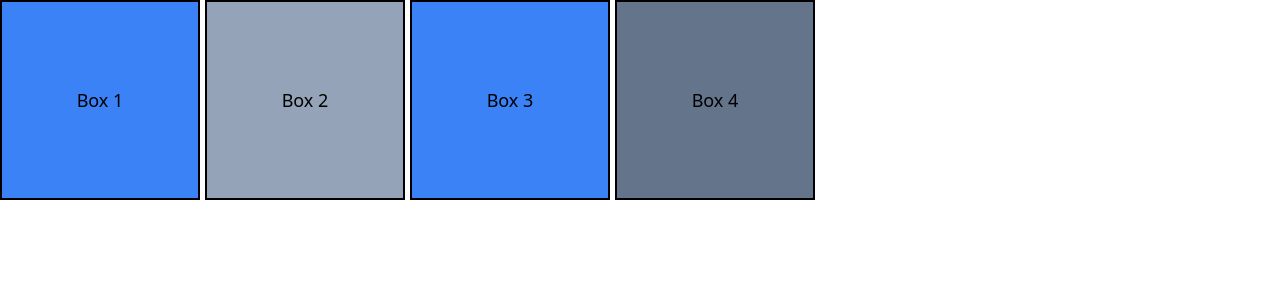
Repository: asadullah48/9th_class_nextjs
Page: /
These files come from the project's save history. The page is drawn as it stood at one moment and after the next save; the edit follows.
The browser window is 1280 px wide. The pictures show the whole page.
The project was rebuilt for these pictures with package versions that can differ from the ones it lists, and the page was loaded fresh each time. The framework's server and built-in components were replaced by stand-ins that run in the browser. Also part of the build but not shown: next.config.ts.

Above is the page before, as saved 2024-11-21 09:59:28.

After the next save:
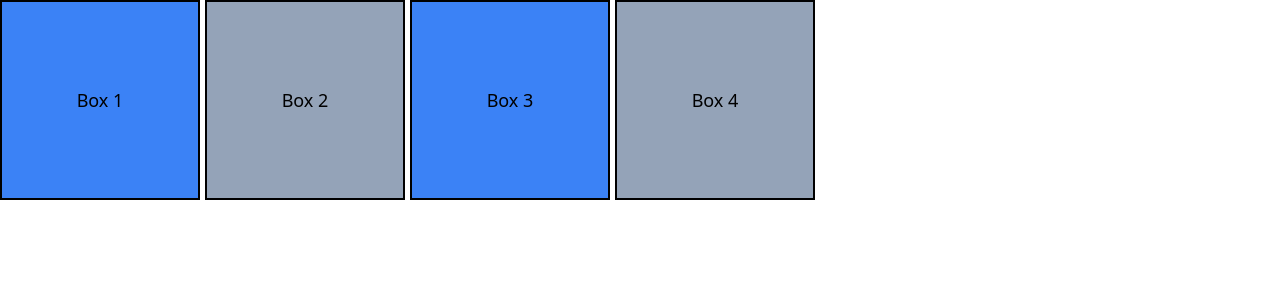
Saved 9 s later.
--- a/src/app/page.tsx
+++ b/src/app/page.tsx
@@ -11,7 +11,7 @@ function Home() {
     <div className=" flex justify-center items-center h-[200px] w-[200px] bg-blue-500 border-2 border-black">Box 1 </div>
     <div className="flex justify-center items-center h-[200px] w-[200px] bg-slate-400 border-2 border-black">Box 2</div>
     <div className=" flex justify-center items-center h-[200px] w-[200px] bg-blue-500 border-2 border-black">Box 3 </div>
-    <div className="flex justify-center items-center h-[200px] w-[200px] bg-slate-500 border-2 border-black">Box 4</div>
+    <div className="flex justify-center items-center h-[200px] w-[200px] bg-slate-400 border-2 border-black">Box 4</div>
 
   </div>;
 }
